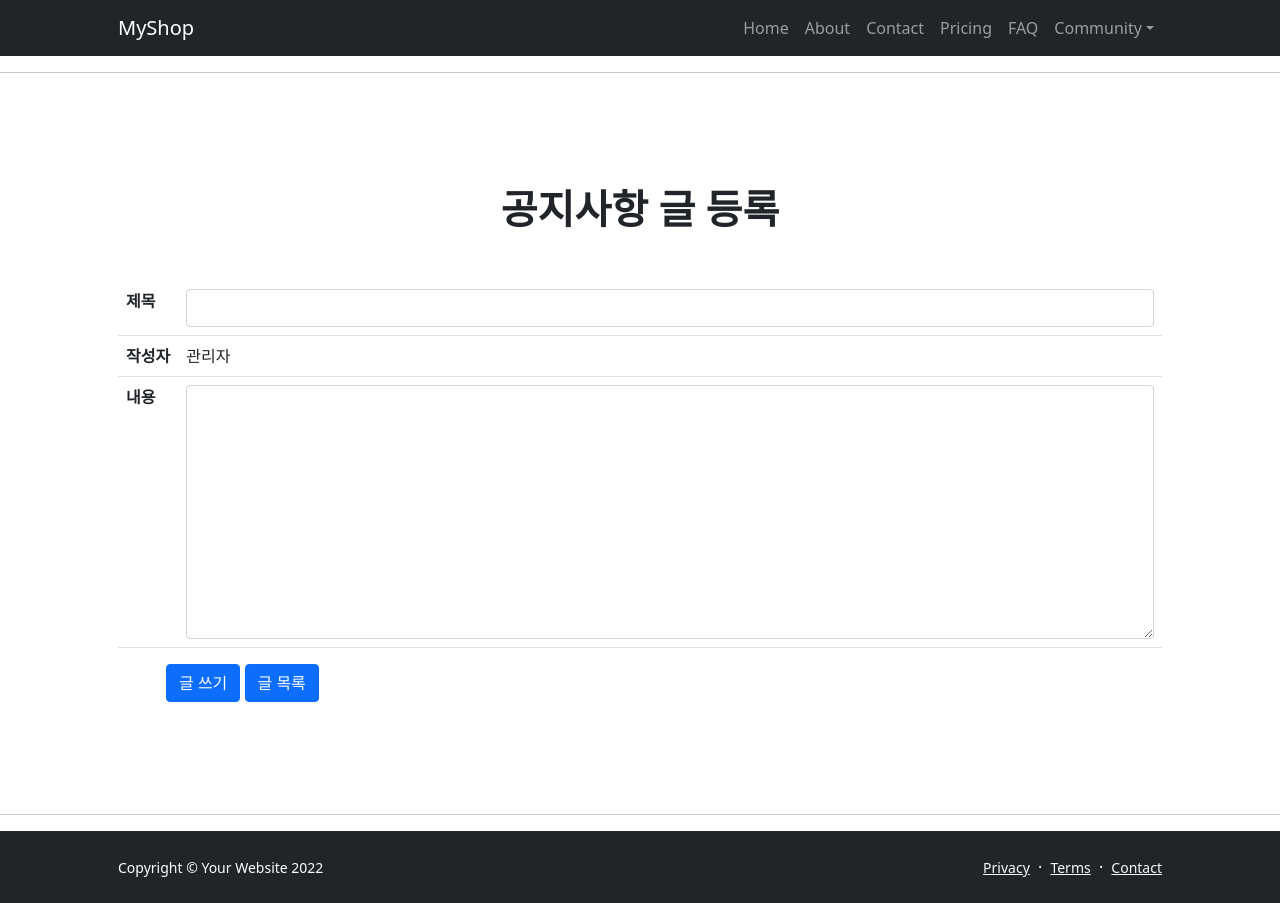
Repository: okgunyang/pro05ForMyBatis
Page: http://localhost/board/update
These files come from the project's save history. The page is drawn as it stood at one moment and after the next save; the edit follows.
The browser window is 1280 px wide. The pictures show the whole page.
The page is this project's Thymeleaf template; nobody is signed in. The template is opened directly, without the code that normally fills it, so the values that code supplies are empty.

Above is the page before, as saved 2022-12-13 07:18:31.

### myapp/src/main/resources/templates/board/update.html
<!DOCTYPE html>
<html lang="ko" xmlns="http://www.w3.org/1999/xhtml"
 xmlns:th="http://www.thymeleaf.org"
 xmlns:layout="http://www.ultraq.net.nz/thymeleaf/layout">
<head>
	<title>공지사항 글 등록</title>
	<th:block th:insert="common/head"></th:block>
</head>
<body>
<div class="fluid-container">
	<th:block th:insert="common/header"></th:block>
	<div class="py-5">
		<div class="container px-5 my-5">
			<div class="text-center mb-5">
                <h1 class="fw-bolder">공지사항 글 등록</h1>
			</div>
			<div class="row gx-5">
                <div class="col-xl-12">
                     <form th:action="@{/board/add}" th:object="${board}" method="post">
	                    <table class="table">
	                    	<tbody>
		                        <tr>
		                        	<th>제목</th>
		                            <td>
		                            	<input type="text" id="title" th:field="*{title}" th:value="*{title}" class="form-control">
		                            </td>
		                        </tr>
		                        <tr>
		                        	<th>작성자</th>
		                            <td>
		                            	<span>관리자</span>
		                            </td>
		                        </tr>
		                        <tr>
		                        	<th>내용</th>
		                        	<td>
		                        		<textarea rows="10" cols="100" id="content" th:field="*{content}" th:value="*{content}" class="form-control"></textarea>
		                        	</td>
		                        </tr>
	                    	</tbody>
	                    </table>
		                <div class="container" role="group">
		                	<input type="submit" class="btn btn-primary inline" value="글 쓰기" />
		                	<a class="btn btn-primary inline" href="/board/list">글 목록</a>
		                </div>
                     </form>
                </div>
            </div>
		</div>
  	</div>
	<th:block th:insert="common/footer"></th:block>
</div>
</body>
</html>

### myapp/src/main/resources/templates/common/head.html
<meta charset="UTF-8">
<meta http-equiv="X-UA-Compatible" content="IE=edge">
<meta name="viewport" content="width=device-width, initial-scale=1.0">
<script src="https://code.jquery.com/jquery-latest.js"></script>
<link href="https://cdn.jsdelivr.net/npm/bootstrap-icons@1.5.0/font/bootstrap-icons.css" rel="stylesheet">
<link href="/theme/css/styles.css" rel="stylesheet">
<script src="https://cdn.jsdelivr.net/npm/bootstrap@5.1.3/dist/js/bootstrap.bundle.min.js"></script>
<script src="/theme/js/scripts.js"></script>
<style>
@media all and (min-width: 960px) {
	.navbar .nav-item .dropdown-menu{ display: none; }
	.navbar .nav-item:hover .dropdown-menu{ display: block; }
	.navbar .nav-item .dropdown-menu { margin-top:0; }
}
</style>

### myapp/src/main/resources/templates/common/header.html
<!DOCTYPE html>
<html lang="en" xmlns:th="http://www.w3.org/1999/xhtml" xmlns:sec="http://www.w3.org/1999/xhtml">
<header id="header">
	<nav class="navbar navbar-expand-lg navbar-dark bg-dark">
        <div class="container px-5">
            <a class="navbar-brand" href="/">MyShop</a>
            <button class="navbar-toggler" type="button" data-bs-toggle="collapse" data-bs-target="#navbarSupportedContent" aria-controls="navbarSupportedContent" aria-expanded="false" aria-label="Toggle navigation"><span class="navbar-toggler-icon"></span></button>
            <div class="collapse navbar-collapse" id="navbarSupportedContent">
                <ul class="navbar-nav ms-auto mb-2 mb-lg-0">
                    <li class="nav-item"><a class="nav-link" href="index.html">Home</a></li>
                    <li class="nav-item"><a class="nav-link" href="about.html">About</a></li>
                    <li class="nav-item"><a class="nav-link" href="contact.html">Contact</a></li>
                    <li class="nav-item"><a class="nav-link" href="pricing.html">Pricing</a></li>
                    <li class="nav-item"><a class="nav-link" href="faq.html">FAQ</a></li>
                    <li class="nav-item dropdown">
                        <a class="nav-link dropdown-toggle" href="#" data-bs-toggle="dropdown">Community</a>
                        <ul class="dropdown-menu">
                            <li><a class="dropdown-item" href="/board/list">Notice</a></li>
                            <li><a class="dropdown-item" href="/qna/list">QnA</a></li>
                        </ul>
                    </li>
                </ul>
            </div>
        </div>
    </nav>
</header>
<hr>

### myapp/src/main/resources/templates/common/footer.html
<!DOCTYPE html>
<html xmlns:th="http://www.thymeleaf.org"
 xmlns:layout="http://www.ultraq.net.nz/thymeleaf/layout">
<hr>
<footer id="footer" class="bg-dark py-4 mt-auto">
	<div class="container px-5">
        <div class="row align-items-center justify-content-between flex-column flex-sm-row">
            <div class="col-auto"><div class="small m-0 text-white">Copyright © Your Website 2022</div></div>
            <div class="col-auto">
                <a class="link-light small" href="#!">Privacy</a>
                <span class="text-white mx-1">·</span>
                <a class="link-light small" href="#!">Terms</a>
                <span class="text-white mx-1">·</span>
                <a class="link-light small" href="#!">Contact</a>
            </div>
        </div>
    </div>
</footer>

Loaded but not shown: myapp/src/main/resources/static/theme/css/styles.css (library); myapp/src/main/resources/static/theme/js/scripts.js (common file)

After the next save:
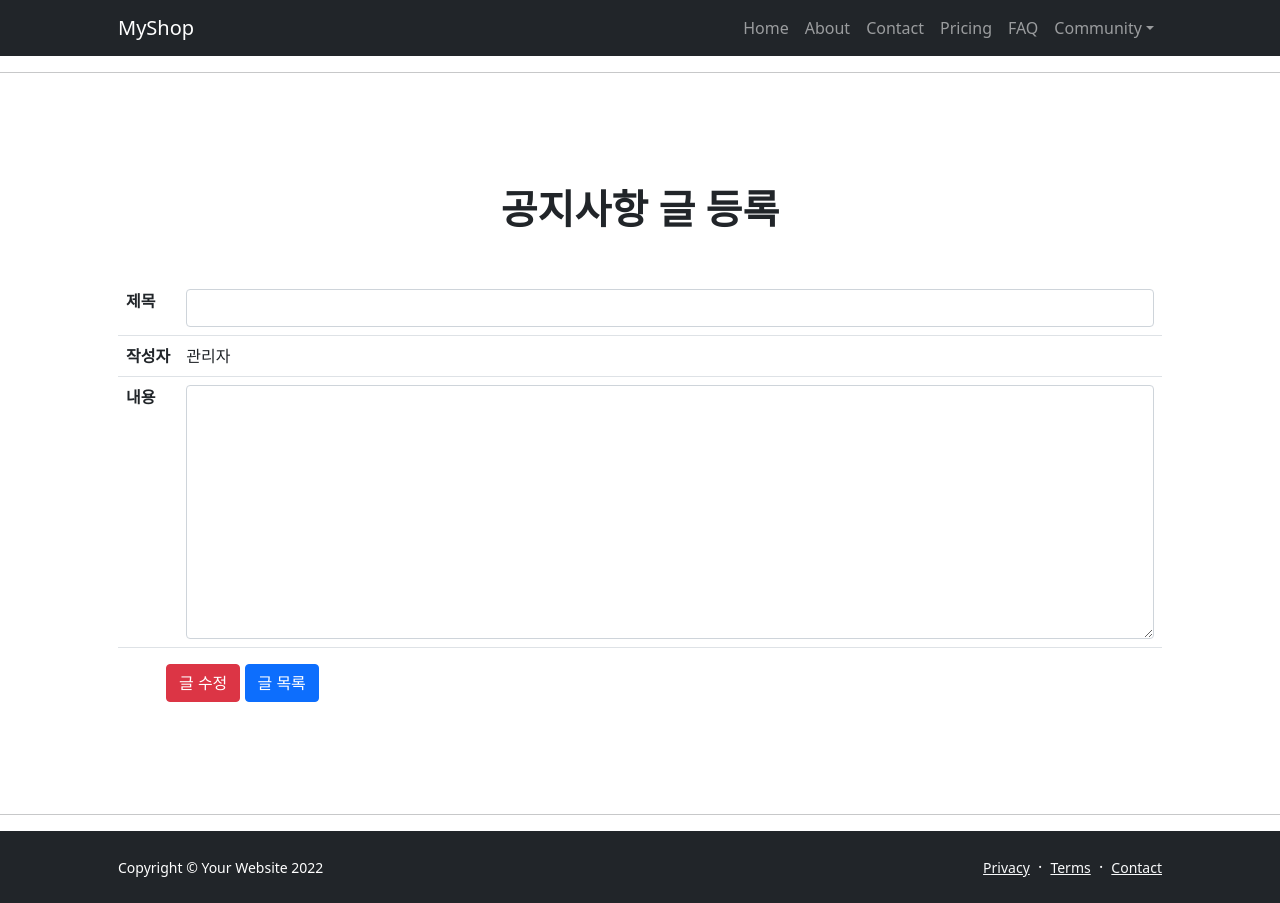
Saved 63 s later.
--- a/myapp/src/main/resources/templates/board/update.html
+++ b/myapp/src/main/resources/templates/board/update.html
@@ -40,7 +40,7 @@
 	                    	</tbody>
 	                    </table>
 		                <div class="container" role="group">
-		                	<input type="submit" class="btn btn-primary inline" value="글 쓰기" />
+		                	<input type="submit" class="btn btn-danger inline" value="글 수정" />
 		                	<a class="btn btn-primary inline" href="/board/list">글 목록</a>
 		                </div>
                      </form>
